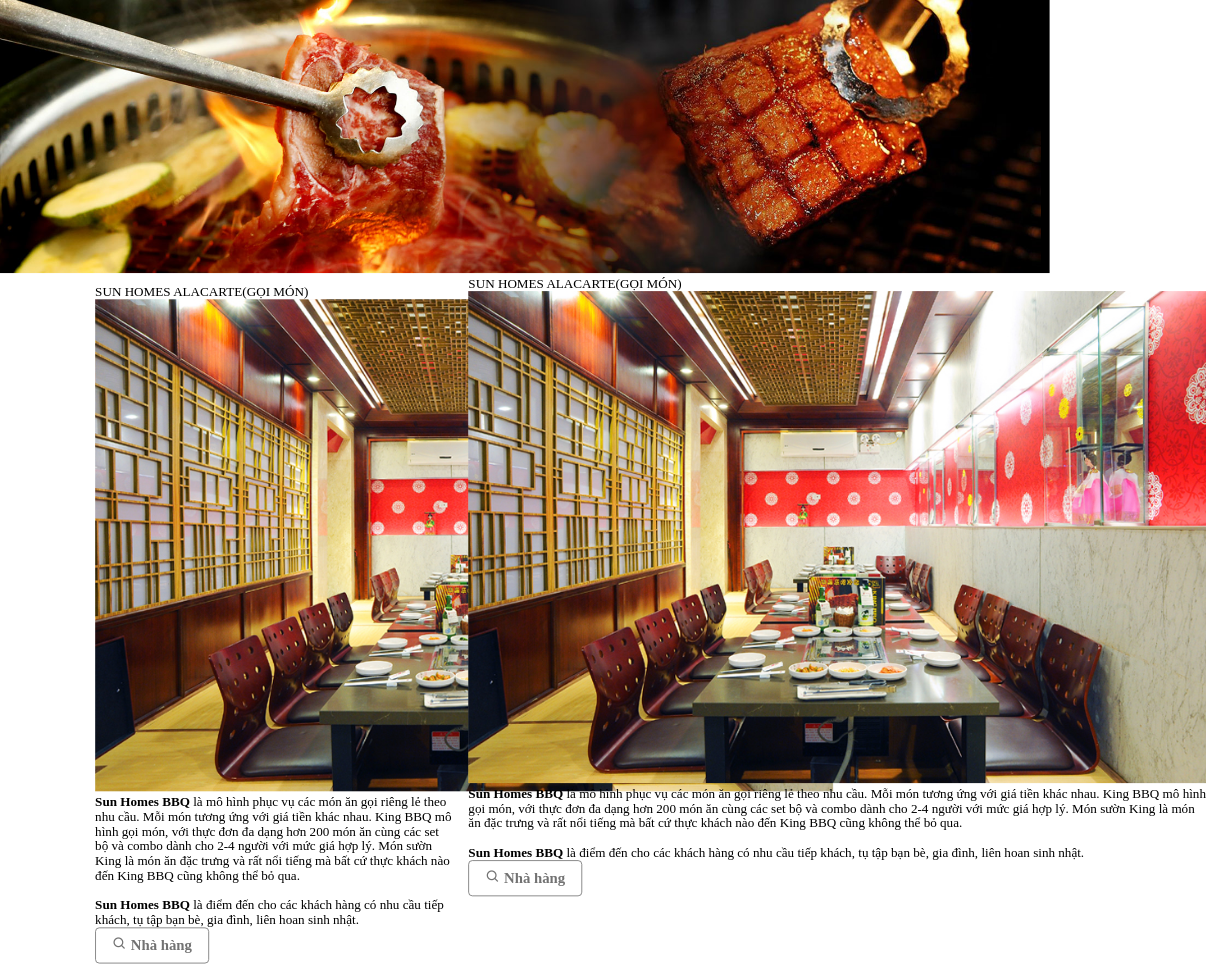
Repository: QUANGTHAI2003/sunhomesbbq
Page: GioiThieu.html
The author's editor kept a copy of each file at every save. The page is drawn from the files as they stood at one save, then again after the next save.
The browser window is 1280 px wide. The page is 1471 px wide, then 1491 px, so the pictures cover 1491 px, including what lies to the right of the window. The pictures show the whole page, at 82% of full size.

Above is the page before, as saved 2022-02-13 11:14:00.

### GioiThieu.html
<!DOCTYPE html>
<html lang="en">
<head>
    <meta charset="UTF-8">
    <meta http-equiv="X-UA-Compatible" content="IE=edge">
    <meta name="viewport" content="width=device-width, initial-scale=1.0">
    <title>Document</title>
    <link href='https://unpkg.com/boxicons@2.1.1/css/boxicons.min.css' rel='stylesheet'>
    <link rel="stylesheet" href="style.css">
</head>
<body>
    <img src="img/banner.jpg" width="100%" top="0" alt="">
    <div class="wrapper">
        <div class="Gioi-Thieu1">
            <div class="heading-GT">SUN HOMES ALACARTE(GỌI MÓN)</div>
                <img src="./img/Gioi-Thieu1.jpg" alt="">
                <p><strong>Sun Homes BBQ</strong> là mô hình phục vụ các món ăn gọi riêng lẻ theo nhu cầu. Mỗi món tương ứng với giá tiền khác nhau. King
                BBQ mô hình gọi món, với thực đơn đa dạng hơn 200 món ăn cùng các set bộ và combo dành cho 2-4 người với mức giá hợp lý.
                Món sườn King là món ăn đặc trưng và rất nổi tiếng mà bất cứ thực khách nào đến King BBQ cũng không thể bỏ qua. <br> <br>
                <strong>Sun Homes BBQ</strong> là điểm đến cho các khách hàng có nhu cầu tiếp khách, tụ tập bạn bè, gia đình, liên hoan sinh nhật.</p>
                <div class="btn-res">
                    <i class="bx bx-search"></i>
                    Nhà hàng
                </div>
        </div>
        <div class="Gioi-Thieu2">
            <div class="heading-GT">SUN HOMES ALACARTE(GỌI MÓN)</div>
                <img src="./img/Gioi-Thieu1.jpg" alt="">
                <p><strong>Sun Homes BBQ</strong> là mô hình phục vụ các món ăn gọi riêng lẻ theo nhu cầu. Mỗi món tương ứng với giá tiền khác nhau. King
                BBQ mô hình gọi món, với thực đơn đa dạng hơn 200 món ăn cùng các set bộ và combo dành cho 2-4 người với mức giá hợp lý.
                Món sườn King là món ăn đặc trưng và rất nổi tiếng mà bất cứ thực khách nào đến King BBQ cũng không thể bỏ qua. <br> <br>
                <strong>Sun Homes BBQ</strong> là điểm đến cho các khách hàng có nhu cầu tiếp khách, tụ tập bạn bè, gia đình, liên hoan sinh nhật.</p>
                <div class="btn-res">
                    <i class="bx bx-search"></i>
                    Nhà hàng
                </div>
        </div>
    </div>
</body>
</html>

### style.css
* {
    margin: 0;
    padding: 0;
    box-sizing: border-box;
}
html {
    scroll-behavior: smooth;
}
.container {
    overflow: hidden;
}

.header {
    height: 100px;
    background-color: #000;
    position: fixed;
    top: 0;
    right: 0;
    left: 0;
}

.header img {
    padding: 8px;
    width: 350px;
}
/* Navigation bar */

.nav {
    max-width: 85%;
    display: flex;
}

#logo {
    float: left;
    padding: 0 100px;
}

@media screen and (max-width: 1400px) {
    #logo {
        padding: 6px 50px;
    }
    .header img {
        width: 300px;
    }
    .nav a {
        font-size: 14px;
    }
}

.nav > ul {
    flex-wrap: wrap;
}

.nav li {
    list-style: none;
    line-height: 100px;
    font-weight: 500;
}

.nav li a {
    color: #c6c6c6;
    padding: 6px 15px;
    text-decoration: none;
}
.nav li a:active,
.nav li a:hover {
    color: #f3e385;
    font-weight: bold;
}
.nav li:active a {
    color: #f3e385;
    font-weight: bold;
}

.nav li:last-child a {
    border: 1px solid #c6c6c6;
    border-radius: 5px;
    text-transform: none;
}

.nav li:last-child a:hover {
    background-color: #f3e385;
    color: #000;
}
/* Content */
.content {
    height: 100vh;
}

.section-heading {
    font-family: 'Berkshire Swash', cursive;
    font-size: 30px;
    letter-spacing: 2px;
    word-spacing: 8px;
}

.content-section-sunhomes {
    display: flex;
    max-width: 85%;
    background-size: cover;
    background-position: 50% 50%;
    margin: 0 auto;
    padding: 24px;
}

.section-left-sunhomes {
    padding: 0 15px 30px;
    width: 50%;
}

.section-left-sunhomes .section-heading {
    font-size: 50px;
    margin: 0 0 15px;
    font-family: Berkshire Swash;
}

.section-left-sunhomes .section-content {
    font-size: 16px;
    margin: 0 0 20px;
    line-height: 1.4;
    color: #777777;
}

.section-left-sunhomes .section-content span {
    font-weight: 700;
}
.section-images-sunhomes {
    flex-basis: 50%;
}

.section-images-sunhomes img {
    width: 260px;
    height: 400px;
    flex-basis: 50%;
    padding: 15px;
}

@media screen and (max-width: 1400px) {
    .section-images-sunhomes img {
        width: 220px;
    }
}

.img-1 {
    display: inline-block;
    overflow: hidden;
    position: relative;
}

.img-1 img {
    transition: all 0.5s ease-in-out;
}

.img-1:hover img {
    -webkit-transform: scale(1.1);
    transform: scale(1.2);
}

.img-2 {
    display: inline-block;
    overflow: hidden;
    position: relative;
}

.img-2 img {
    transition: all 0.5s ease-in-out;
}

.img-2:hover img {
    -webkit-transform: scale(1.1);
    transform: scale(1.1);
}

.content-section-menu {
    display: flex;
    max-width: 85%;
    background-size: cover;
    background-position: 50% 50%;
    margin: 0 auto;
    padding: 24px;
}
.section-images-menu {
    display: flex;
}

.section-right-menu {
    flex: 1;
    padding: 30px 30px;
}

.section-right-menu .section-heading {
    color: #c0c0c0;
    font-size: 50px;
    margin: 0 15px;
}

.section-right-menu .section-content {
    font-size: 16px;
    margin: 0 20px;
    line-height: 1.4;
    color: #777777;
}

.section-right-menu .section-content span {
    font-weight: 700;
}
.section-images-menu {
    flex: 1;
}

.img-3 {
    filter: grayscale(100%);
}

.img-3:hover {
    filter: grayscale(0%);
    transition: 0.8s;
}

.img-4 {
    filter: grayscale(100%);
}

.img-4:hover {
    filter: grayscale(0%);
    transition: 0.8s;
}

.img-5 {
    filter: grayscale(100%);
}

.img-5:hover {
    filter: grayscale(0%);
    transition: 0.8s;
}

.img-6 {
    filter: grayscale(100%);
}

.img-6:hover {
    filter: grayscale(0%);
    transition: 0.8s;
}

.section-images-menu img {
    width: 280px;
    height: 200px;
    flex-basis: 25%;
    padding: 15px;
}

.bg-menu {
    background-color: #000;
    height: 480px;
}

.btn-menu {
    display: inline-block;
    color: #c0c0c0;
    font-size: 18px;
    padding: 10px 20px;
    border: 1px solid #c6c6c6;
    border-radius: 5px;
    text-transform: none;
    margin: 12px 20px;
}

.btn-menu:hover {
    color: #555;
    background: #ccc;
    font-weight: bold;
}

.btn-menu .icon-menu {
    color: #c0c0c0;
    font-size: 16px;
}

.btn-menu:hover .icon-menu {
    color: #555;
    background: #ccc;
    font-weight: bold;
}

.icon-menu:hover {
    color: #ccc;
    background: #000;
}

.btn-res {
    display: inline-block;
    color: #727272;
    font-size: 18px;
    padding: 10px 20px;
    border: 1px solid #727272;
    border-radius: 5px;
    text-transform: none;
    font-weight: bold;
}

.btn-res:hover {
    color: #ccc;
    background: #555;
    font-weight: bold;
}

.btn-res .icon-menu {
    color: #000;
    font-size: 16px;
}

/* Footer */
.footer {
    background: #000;
    font-size: 14px;
    line-height: 1.4;
}

.copyright {
    display: flex;
    max-width: 80%;
    margin: 0 auto;
    justify-content: space-between;
    color: #ffffff80;
    padding: 10px;
    bottom: 0;
}

.sign-now {
    background: url(./img/banner.jpg);
    width: 100%;
    height: 100px;
}

.endow {
    max-width: 80%;
    margin: 0 auto;
    opacity: 1;
}

.sign-now span {
    color: #000;
    line-height: 100px;
    margin: 0 20px;
    font-size: 18px;
    font-weight: 500;
}

.sign-now .endow #Email {
    width: 360px;
    height: 40px;
    border-radius: 20px;
    padding: 0 15px;
    margin: 0 5px 0 120px;
    background: rgba(204, 204, 204, 0.4);
    outline: none;
}

.sign-now .endow #Email::placeholder {
    color: #fff;
    font-size: 18px;
}

.sign-now .endow #sign {
    width: 150px;
    height: 40px;
    border-radius: 8px;
    background: #f3e385;
}

.sign-now .endow #sign::placeholder {
    color: #000;
    font-size: 18px;
    font-weight: bold;
}

.sign-now .endow #sign:hover {
    opacity: 0.8;
}

@media screen and (max-width: 1400px) {
    .sign-now span {
        font-size: 16px;
    }

    .sign-now .endow #Email {
        margin: 0 5px 0 60px;
        width: 200px;
    }

    .sign-now .endow #sign {
        width: 120px;
    }
}

.brand {
    display: flex;
    height: 100px;
    justify-content: space-between;
    align-items: center;
    margin: 0 auto;
    max-width: 85%;
}

.brand img {
    width: 8%;
    height: 50px;
}

.brand1 {
    filter: grayscale(100%);
}

.brand1:hover {
    filter: grayscale(0%);
    transition: 0.8s;
}

.brand2 {
    filter: grayscale(100%);
}

.brand2:hover {
    filter: grayscale(0%);
    transition: 0.8s;
}

.brand3 {
    filter: grayscale(100%);
}

.brand3:hover {
    filter: grayscale(0%);
    transition: 0.8s;
}

.brand4 {
    filter: grayscale(100%);
}

.brand4:hover {
    filter: grayscale(0%);
    transition: 0.8s;
}

.brand5 {
    filter: grayscale(100%);
}

.brand5:hover {
    filter: grayscale(0%);
    transition: 0.8s;
}

.brand6 {
    filter: grayscale(100%);
}

.brand6:hover {
    filter: grayscale(0%);
    transition: 0.8s;
}

.brand7 {
    filter: grayscale(100%);
}

.brand7:hover {
    filter: grayscale(0%);
    transition: 0.8s;
}

.brand8 {
    filter: grayscale(100%);
}

.brand8:hover {
    filter: grayscale(0%);
    transition: 0.8s;
}

.brand9 {
    filter: grayscale(100%);
}

.brand9:hover {
    filter: grayscale(0%);
    transition: 0.8s;
}

.brand10 {
    filter: grayscale(100%);
}

.brand10:hover {
    filter: grayscale(0%);
    transition: 0.8s;
}

#myBtn {
    position: fixed;
    bottom: 30px;
    right: 10px;
    float: right;
    right: 5%;
    left: 95%;
    max-width: 30px;
    width: 80px;
    font-size: 20px;
    border-color: rgba(85, 85, 85, 0.2);
    background-color: rgb(100, 100, 100);
    padding: 1px;
    border-radius: 60px;
}

.arrow {
    font-size: 20px;
    padding: 1px 0;
}

#myBtn:hover {
    opacity: 0.8;
}

/* Gioi Thieu */
.wrapper {
    display: flex;
    max-width: 85%;
    margin: 0 auto;
}

.Gioi-Thieu1 {
    width: 40%;
    margin: 10px 20px;
}

After the next save:
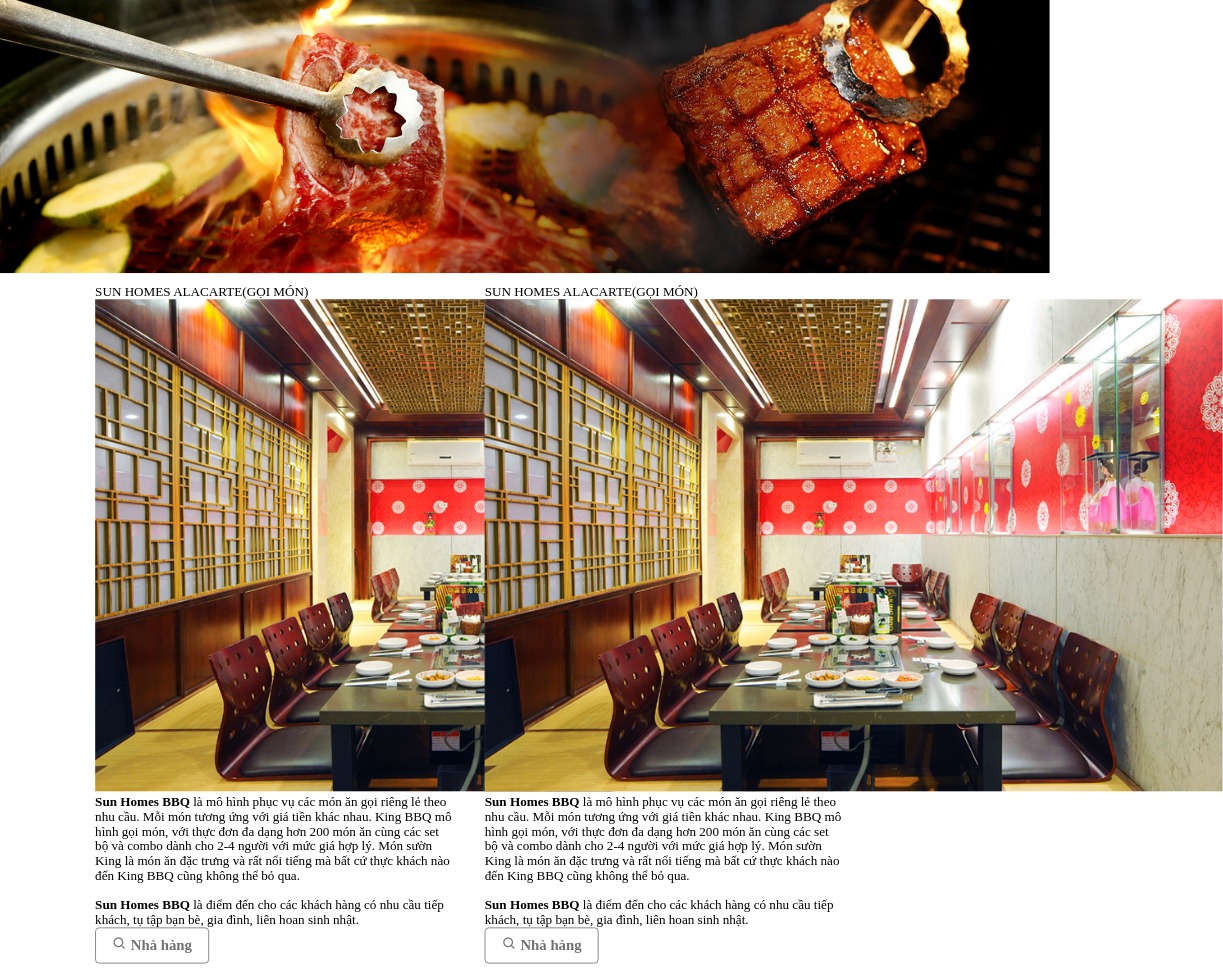
Saved 36 s later.
--- a/style.css
+++ b/style.css
@@ -531,7 +531,8 @@
     margin: 0 auto;
 }
 
-.Gioi-Thieu1 {
+.Gioi-Thieu1,
+.Gioi-Thieu2 {
     width: 40%;
     margin: 10px 20px;
 }
